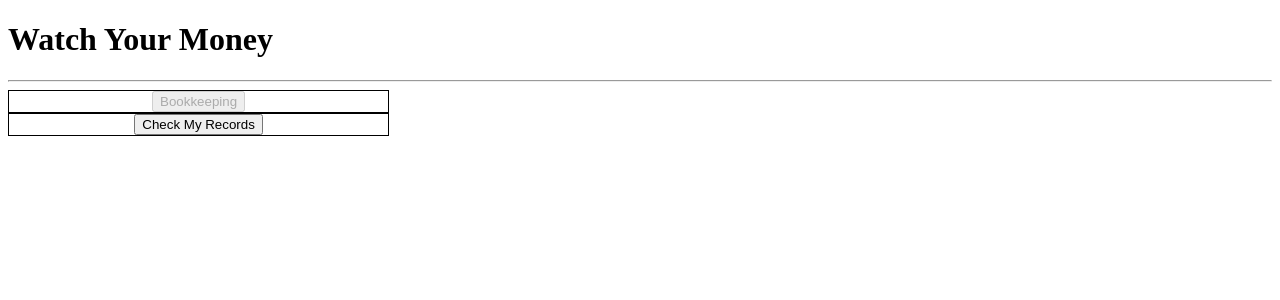
Repository: chelsea9869/Hackathon-TNT
Page: http://localhost/app/watch_your_money.php
An editor plug-in stored every save of this project. The page is shown before and after a run of saves, followed by the edit.
The browser window is 1280 px wide. The pictures show the whole page.
The page is run by PHP 8.4 with error messages shown; the project is at /var/www/html/.

Above is the page before, as saved 2020-09-05 10:56:48.

After the next 2 saves:
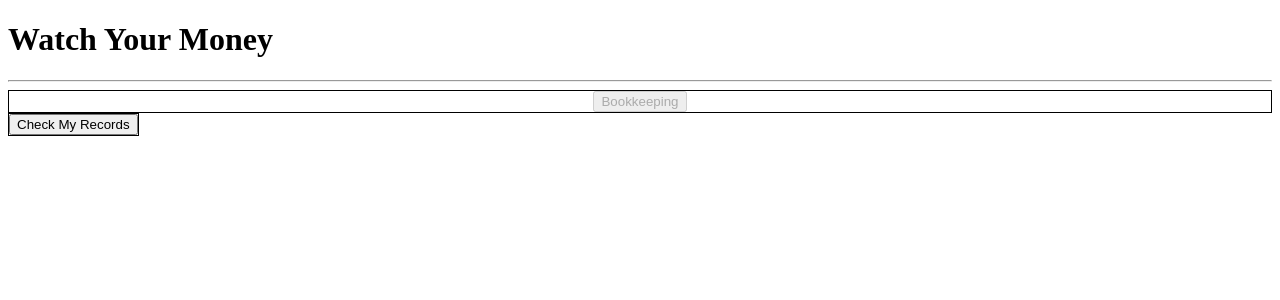
The 2 saves are shown as one change because they came seconds apart.
The last was saved 27 s later.
--- a/app/watch_your_money.php
+++ b/app/watch_your_money.php
@@ -10,10 +10,10 @@
     <hr>
     <div name='function' style="width:100%">
         <!-- <div id='dummy' style="width:20%;display: inline-table"></div> -->
-        <div id='bookkeeping' style="width:30%;text-align:center;border:1px solid">
+        <div id='bookkeeping' style="text-align:center;border:1px solid">
             <button disabled="disabled">Bookkeeping</button>
         </div>
-        <div id='check_records' style="width:30%;display:inline-table;text-align:center;border:1px solid">
+        <div id='check_records' style="display:inline-table;text-align:center;border:1px solid">
             <button>Check My Records</button>
         </div>
     </div>
